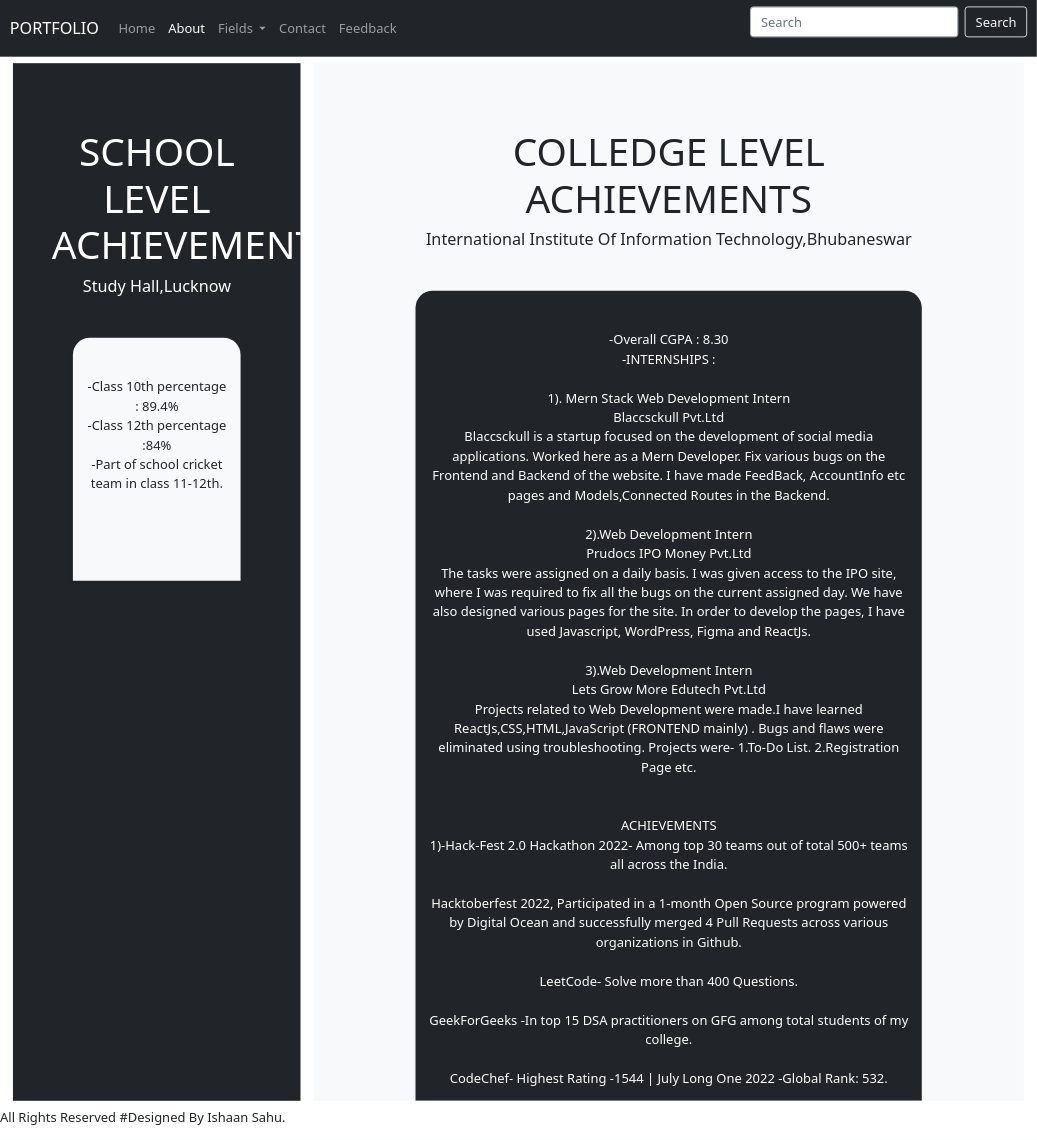
Repository: ishaan51551/Ishaan-s-Portfolio-
Page: about.html
The author's editor kept a copy of each file at every save. The page is drawn from the files as they stood at one save, then again after the next save.
The browser window is 1280 px wide. The pictures show the whole page, at 81% of full size.

Above is the page before, as saved 2023-09-13 16:20:51.

After the next save:
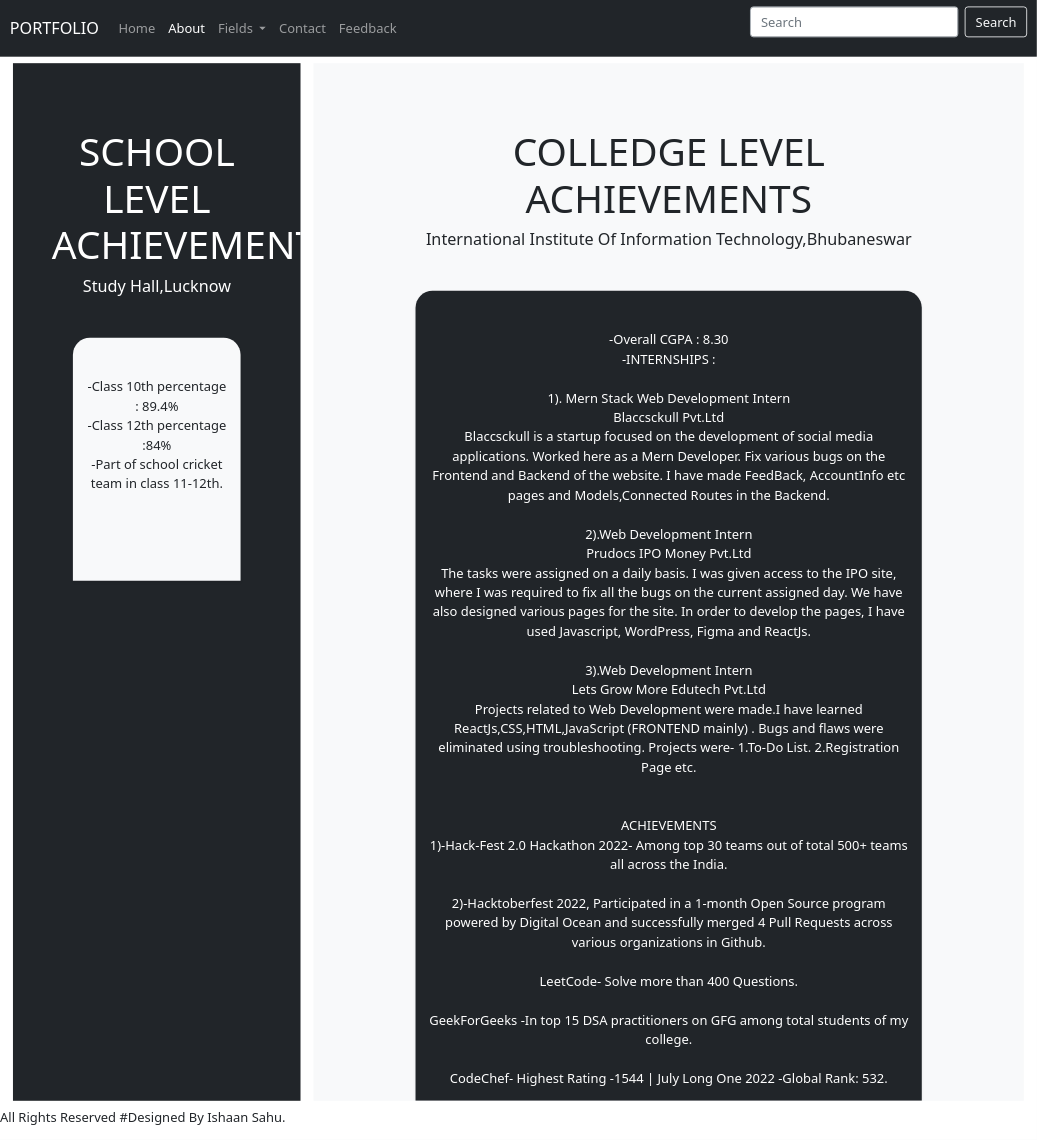
Saved 5 s later.
--- a/about.html
+++ b/about.html
@@ -129,7 +129,7 @@
           <br><br><br>
           ACHIEVEMENTS<br>
           1)-Hack-Fest 2.0 Hackathon 2022- Among top 30 teams out of total 500+ teams all across the India.<br><br>
-          Hacktoberfest 2022, Participated in a 1-month Open Source program powered by Digital Ocean and successfully merged 4 Pull Requests across various organizations in Github.<br><br>
+          2)-Hacktoberfest 2022, Participated in a 1-month Open Source program powered by Digital Ocean and successfully merged 4 Pull Requests across various organizations in Github.<br><br>
           LeetCode- Solve more than 400 Questions.<br><br>
           GeekForGeeks -In top 15 DSA practitioners on GFG among total students of my college. <br><br>
           CodeChef- Highest Rating -1544 | July Long One 2022 -Global Rank:   532.<br><br>
